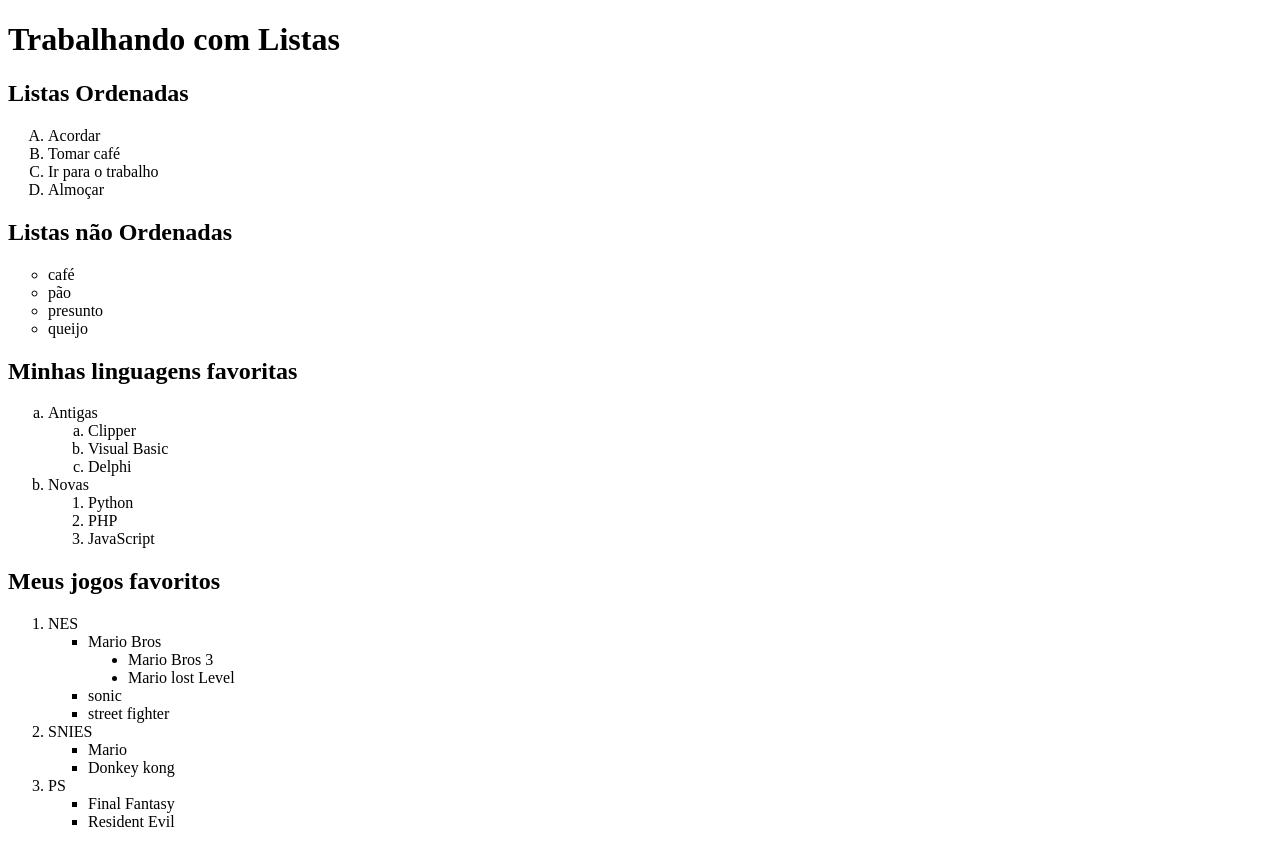
Repository: Iamjordana/html-css
Page: Html Css/Exercicios/ex009/index.html
These files come from the project's save history. The page is drawn as it stood at one moment and after a run of saves; the edit follows.
The browser window is 1280 px wide. The pictures show the whole page.

Above is the page before, as saved 2025-01-08 18:55:24.

### Html Css/Exercicios/ex009/index.html
<!DOCTYPE html>
<html lang="pt-br">
<head>
    <meta charset="UTF-8">
    <meta name="viewport" content="width=device-width, initial-scale=1.0">
    <title>Listas</title>
</head>
<body>
    <h1>Trabalhando com Listas</h1> <!--Lista Simples-->
    <h2>Listas Ordenadas</h2>
    <ol type="A"> <!--1 A a I i-->
        <li>Acordar</li>
        <li>Tomar café</li>
        <li>Ir para o trabalho</li>
        <li>Almoçar</li>
    </ol>

    <h2>Listas não Ordenadas</h2>
    <ul type = "Circle"> <!--Circle square disc-->
        <li>café</li>
        <li>pão</li>
        <li>presunto</li>
        <li>queijo</li>
    </ul>

<h2>Minhas linguagens favoritas</h2>
<ol type="a">
    <li>Antigas</li>
    <ol type="a">
        <li>Clipper</li>
        <li>Visual Basic</li>
        <li>Delphi</li>
    </ol>
    <li>Novas </li>
    <ol type="1">
        <li>Python</li>
        <li>PHP</li>
        <li>JavaScript</li>
    </ol>
</ol>
<h2>Meus jogos favoritos</h2>
<ol>
    <li>NES</li>
    <ul type="square">
        <li>Mario Bros</li>
        <ul type="disc">
            <li>Mario Bros 3</li>
            <li>Mario lost Level</li>
        </ul>
        <li>sonic</li>
        <li>street fighter</li>
    </ul>
        <li>SNIES</li>
    <ul type="square">
        <li>Mario</li>
        <li>Donkey kong</li>
    </ul>
        <li>PS</li>
    <ul type="square">
        <li>Final Fantasy</li>
        <li>Resident Evil</li>
    </ul>
</ol>


</body>
</html>

After the next 2 saves:
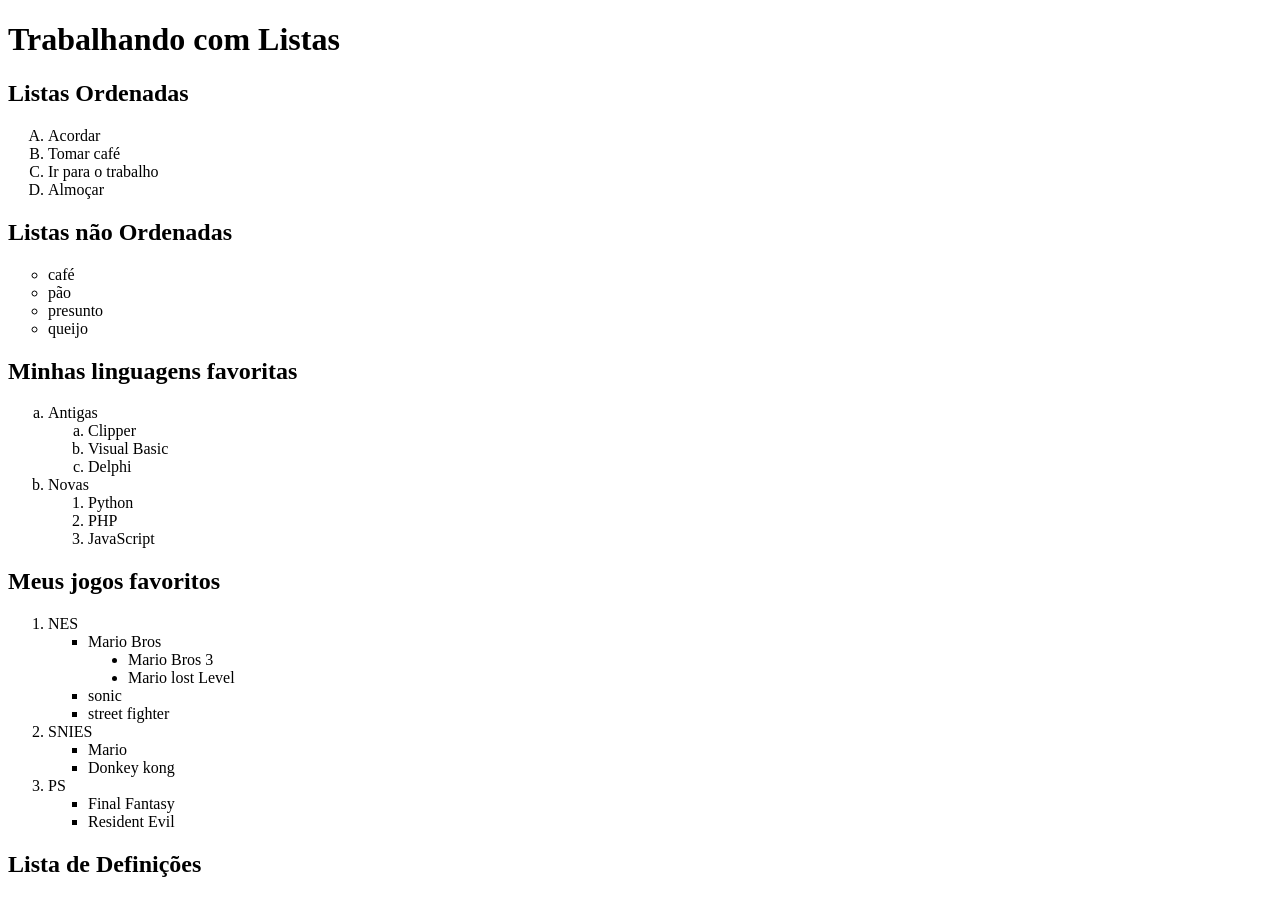
The 2 saves are shown as one change because they came seconds apart.
The last was saved 8 s later.
--- a/Html Css/Exercicios/ex009/index.html
+++ b/Html Css/Exercicios/ex009/index.html
@@ -62,6 +62,7 @@
     </ul>
 </ol>
 
+<h2>Lista de Definições</h2>
 
 </body>
 </html>
